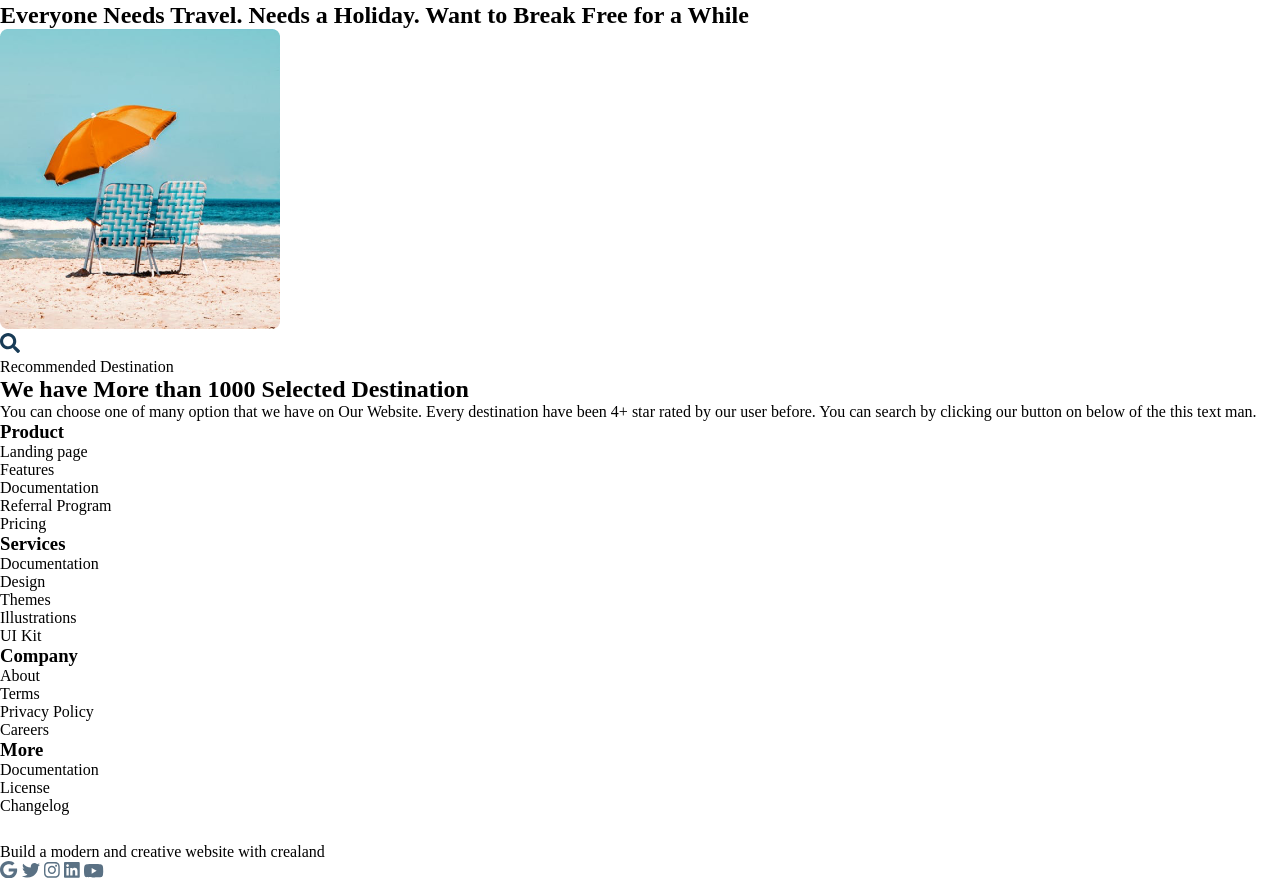
Repository: daviHmoraes/frontcomtailwind
Page: index.html
An editor plug-in stored every save of this project. The page is shown before and after a run of saves, followed by the edit.
The browser window is 1280 px wide. The pictures show the part of the page from y = 3904 to 4804 px (the page is 4786 px tall before and 4804 px after).
A picture or video elsewhere on the page could not be fetched, so the positions and the page height are approximate.

Above is the page before, as saved 2026-08-31 18:21:20.

### index.html
<!DOCTYPE html>
<html lang="en">
<head>
    <meta charset="UTF-8">
    <meta name="viewport" content="width=device-width, initial-scale=1.0">
    <title>Ehya - Home Page</title>
    <link rel="stylesheet" href="/css/style.css">
</head>
<body>

    <header>

        <section class="header">
            <img src="/img/Logo.svg" alt="Ehya Company Logo">
            <img src="/img/hamburguer-menu.svg" alt="Hamburguer menu Icon">
        </section>

        <section class="hero">

            <div class="hero-content">
                <h1>
                    Start Exploring to
                    Find Inner Peace
                    by Traveling
                </h1>

                <p>
                    Lost yourself with Vacation and
                    Travel into the place that you never
                    visit before. We have thousand
                    places in our database for you.
                </p>
            </div>

            <div class="form-card">

                <img src="/img/background-image.png" alt="Beach Background Image">

                <h2>
                    You can start search here
                </h2>

                <p>
                    Find thousand destination for travelling
                    with best prices. Apply “EHYA50” Code
                    on Payment Process.
                </p>

                <form>
                    <label for="where">Where</label><br>
                    <input type="text" id="where" name="where"><br>

                    <label for="checkin">Check In</label><br>
                    <input type="date" id="checkin" name="checkin"><br>

                    <label for="checkout">Check Out</label><br>
                    <input type="date" id="checkout" name="checkout"><br>

                    <label for="guests">Guests</label><br>
                    <input type="text" id="guests" name="guests"><br>

                    <input type="submit" id="submit">
                </form>
            </div>

            <img src="/img/circle.svg" alt="Circle Around the Arrow Icon">
            <img src="/img/south-arrow.svg" alt="South Pointing Arrow">

        </section>
    </header>

    <main>

        <section class="benefits">
            <h2>
                Travelya Benefit
                for User
            </h2>

            <p>
                We are self-service data analytics
                software that lets you create visually
                appealing data visualizations and
                insightful dashboards in minutes.
            </p>

            <div class="cards">
                <div class="card">
                    <img src="/img/card-icon/cheap-icon.svg" alt="Label Icon">

                    <div class="card-content">
                        <h3>
                            Cheap than Other
                        </h3>
                        <p>
                            Travelya is cheaper than other
                            travel agency.
                        </p>
                    </div>
                </div>

                <div class="card">
                    <img src="/img/card-icon/secure-icon.png" alt="Shield Icon">

                    <div class="card-content">
                        <h3>
                            Secure Payment
                        </h3>
                        <p>
                            You can pay your book without
                            doubt again.
                        </p>
                    </div>
                </div>

                <div class="card">
                    <img src="/img/card-icon/free-icon.svg" alt="AC Icon">

                    <div class="card-content">
                        <h3>
                            Free Amenities
                        </h3>
                        <p>
                            We guarantee you can give free amenities wherever
                            you are.
                        </p>
                    </div>
                </div>

                <div class="card">
                    <img src="/img/card-icon/top-icon.svg" alt="Crown Icon">

                    <div class="card-content">
                        <h3>
                            Top Rated
                        </h3>
                        <p>
                            Only show best destination
                            with 1000+ super review user
                        </p>
                    </div>
                </div>

                <div class="card">
                    <img src="/img/card-icon/best-icon.svg" alt="Medal Icon">

                    <div class="card-content">
                        <h3>
                            Best Offers
                        </h3>
                        <p>
                            Inform you about all best
                            offers for all destination
                        </p>
                    </div>
                </div>

                <div class="card">
                    <img src="/img/card-icon/easy-icon.svg" alt="Like Icon">

                    <div class="card-content">
                        <h3>
                            Easy Book
                        </h3>
                        <p>
                            Follow flow, Click, Pay. Wait.
                            Just wait e-ticket
                        </p>
                    </div>
                </div>

                <div class="card">
                    <img src="/img/card-icon/refund-icon.svg" alt="Hands Shell Icon">

                    <div class="card-content">
                        <h3>
                            Fast Refund
                        </h3>
                        <p>
                            If you canceled. We can refund
                            your money 1x12
                        </p>
                    </div>
                </div>

                <div class="card">
                    <img src="/img/card-icon/support-icon.svg" alt="Headphone Icon">

                    <div class="card-content">
                        <h3>
                            24/7 Support
                        </h3>
                        <p>
                            We’re ready help you anytime
                            and anywhere you are.
                        </p>
                    </div>
                </div>
            </div>
        </section>

        <section class="popular-destinations">
            <h2>
                Popular Destinations
            </h2>

            <div class="destinations">
                <div class="destination">
                    <img src="/img/destinations/venice.png" alt="Aerial Footage of Venice - Italy">
                    <h3>
                        Venice, Italy
                    </h3>
                    <p>
                        Travelling into the popular river in Italy
                    </p>
                    <button class="see-offers">
                        See Offers
                    </button>
                </div>

                <div class="destination">
                    <img src="/img/destinations/paris.png" alt="Aerial Footage of Paris - France">
                    <h3>
                        Paris, France
                    </h3>
                    <p>
                        Romance in popular world landmark
                    </p>
                    <button class="see-offers">
                        See Offers
                    </button>
                </div>

                <div class="destination">
                    <img src="/img/destinations/bali.png" alt="Aerial Footage of Bali - Indonesia">
                    <h3>
                        Bali, Indonesia
                    </h3>
                    <p>
                        See best sunset ver in the world
                    </p>
                    <button class="see-offers">
                        See Offers
                    </button>
                </div>

                <div class="destination">
                    <img src="/img/destinations/bali.png" alt="Aerial Footage of Santorini - Greece">
                    <h3>
                        Santorini, Greece
                    </h3>
                    <p>
                        Visit the 1000 Gods Country
                    </p>
                    <button class="see-offers">
                        See Offers
                    </button>
                </div>
            </div>

            <div class="see-offers">
                <a href="#">See All Offers</a>
                <img src="/img/east-arrow.svg" alt="East Pointing Arrow">
            </div>
        </section>

        <section class="about-travelya">
            <h3>
                ABOUT TRAVELYA
            </h3>

            <h1>
                Everyone Needs Travel. Needs a Holiday.
                Want to Break Free for a While
            </h1>

            <img src="/img/recommended-destination.png" alt="Beach Umbrella Footage">

            <div>
                <img src="/img/search.svg" alt="Search Bloom Icon">
                <p>Recommended Destination</p>
            </div>

            <h2>
                We have More than 1000
                Selected Destination
            </h2>

            <p>
                You can choose one of many option
                that we have on Our Website. Every
                destination have been 4+ star rated
                by our user before. You can search
                by clicking our button on below of
                the this text man.
            </p>



        </section>

    </main>

    <footer>
        <div class="redirects">
            <article>
                <h3>Product</h3>
                <p>Landing page</p>
                <p>Features</p>
                <p>Documentation</p>
                <p>Referral Program</p>
                <p>Pricing</p>
            </article>

            <article>
                <h3>Services</h3>
                <p>Documentation</p>
                <p>Design</p>
                <p>Themes</p>
                <p>Illustrations</p>
                <p>UI Kit</p>
            </article>

            <article>
                <h3>Company</h3>
                <p>About</p>
                <p>Terms</p>
                <p>Privacy Policy</p>
                <p>Careers</p>
            </article>

            <article>
                <h3>More</h3>
                <p>Documentation</p>
                <p>License</p>
                <p>Changelog</p>
            </article>
        </div>

        <div class="footer-content">
            <img src="/img/logo.svg" alt="Logo da empresa Ehya">

            <p>
                Build a modern and creative website with crealand
            </p>

            <div class="contacts">
                <img src="/img/footer-icons/google.svg" alt="Redirect Contact Google icon">
                <img src="/img/footer-icons/twitter.svg" alt="Redirect Contact Twitter icon">
                <img src="/img/footer-icons/instagram.svg" alt="Redirect Contact Instagram icon">
                <img src="/img/footer-icons/linkedin.svg" alt="Redirect Contact Linkedin icon">
                <img src="/img/footer-icons/youtube.svg" alt="Redirect Contact Youtube icon">
            </div>

        </div>

    </footer>

</body>
</html>

### css/style.css
* {
    margin: 0;
    padding: 0;
    overflow-x: hidden;
}

After the next 2 saves:
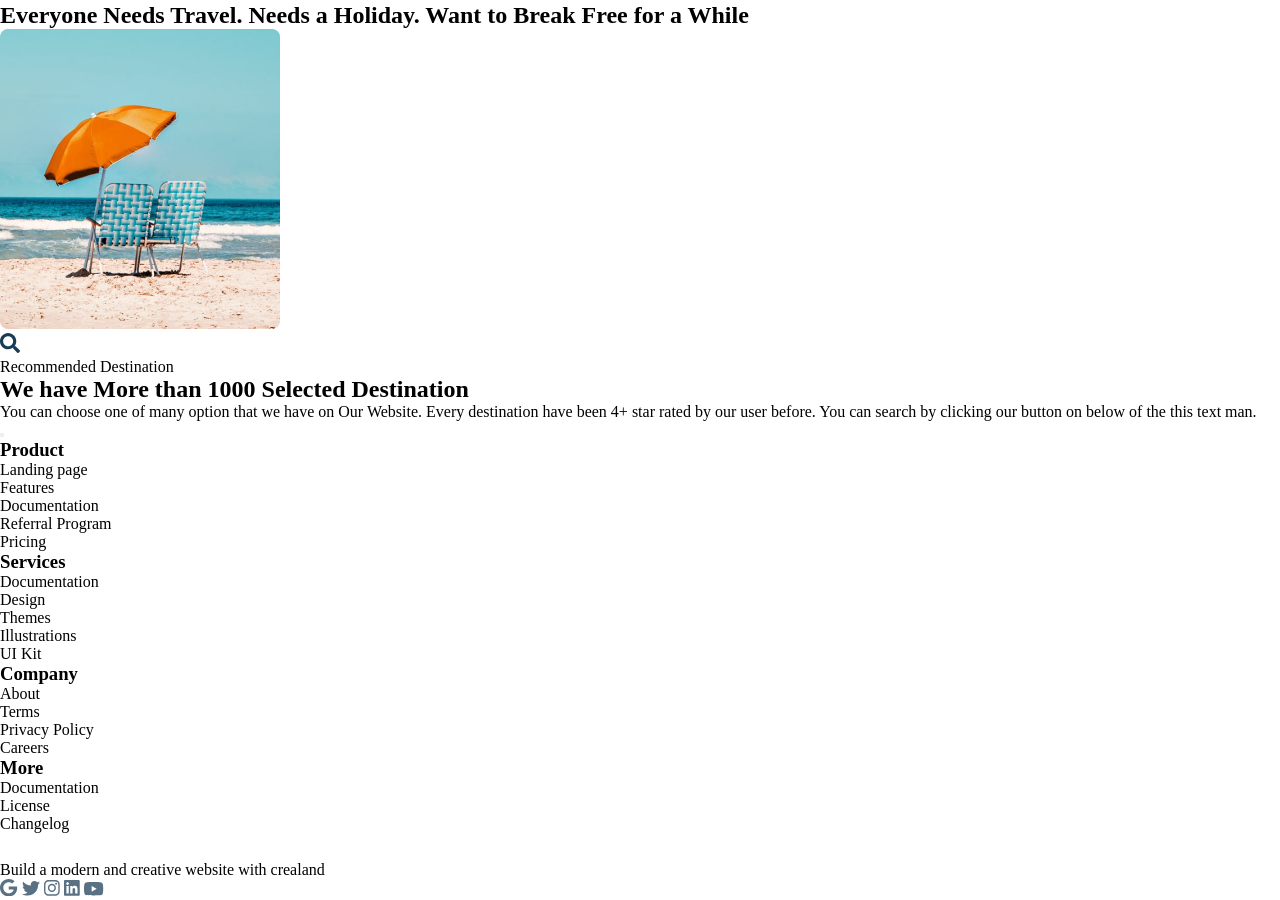
The 2 saves are shown as one change because they came seconds apart.
The last was saved 5 s later.
--- a/index.html
+++ b/index.html
@@ -295,7 +295,9 @@
                 the this text man.
             </p>
 
-
+            <button class="">
+
+            </button>
 
         </section>
 
